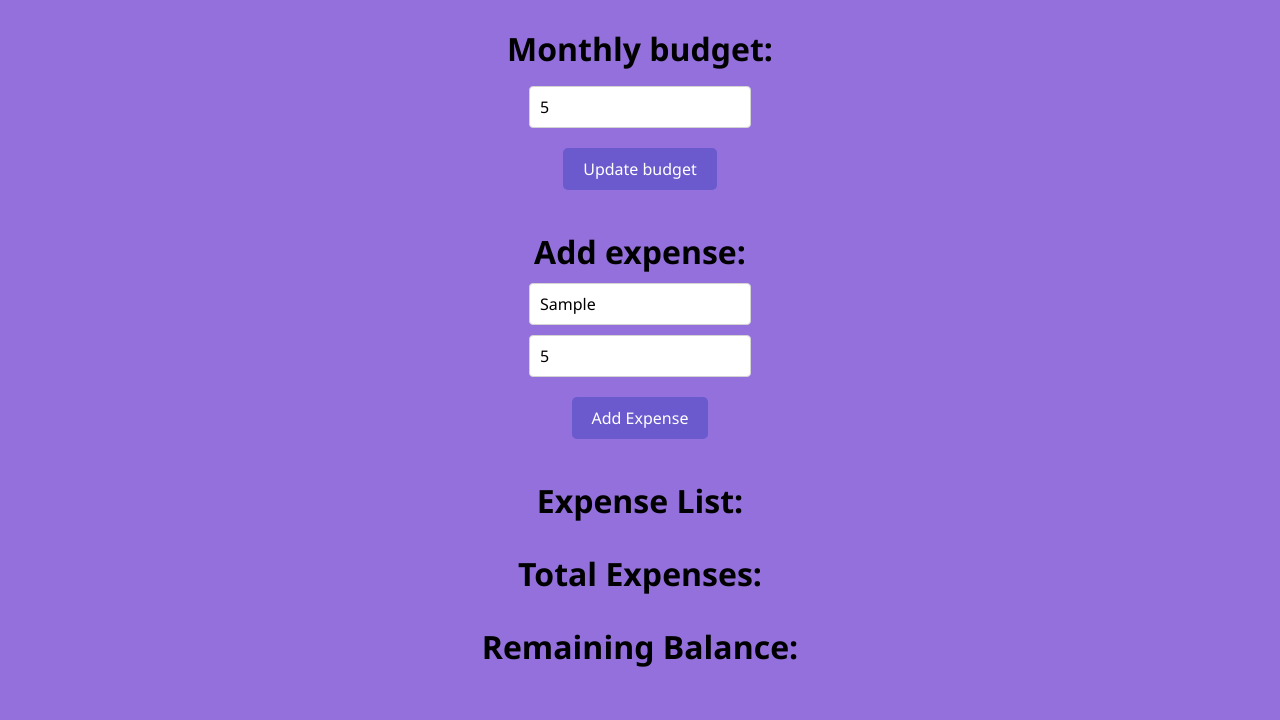
Repository: chelsswylie/BudgetProject222
Page: index.html
The author's editor kept a copy of each file at every save. The page is drawn from the files as they stood at one save, then again after the next save.
The browser window is 1280 px wide. The pictures show the whole page.
Empty fields were first filled with sample values (such as "Sample", 5 or name@example.com).
After loading, the first visible `#update_budget_button` was clicked once.

Above is the page before, as saved 2022-02-24 19:20:44.
Console error: ReferenceError: addExpense is not defined

### index.html
<!DOCTYPE html>
<html lang="en">
  <head>
    <meta charset="UTF-8" />
    <meta name="viewport" content="width=device-width, initial-scale=1.0" />
    <title>My Budget App</title>
    <link rel="stylesheet" href="styles.css" />
  </head>

  <body>
    <main>
      <!-- <div id="flexbox">
        <span>123</span>
        <span>234</span>
        <span>345</span>
        <span>456</span>
      </div> -->
      <section>
        <h1>Monthly budget:</h1>
        <p id="monthly_budget"></p>
        <form>
          <input type="number" id="income_input" placeholder="Monthly Income" />
          <button id="update_budget_button">Update budget</button>
        </form>
      </section>

      <section>
        <h1>Add expense:</h1>
        <form>
          <input type="text" id="name_input" placeholder="Expense Name" />
          <input type="number" id="amount_input" placeholder="Expense amount" />
          <button id="add_expense_button">Add Expense</button>
        </form>
      </section>

      <section>
        <h1>Expense List:</h1>
        <div id="expense_list"></div>
      </section>

      <section>
        <h1>Total Expenses:</h1>
        <p id="total_expenses"></p>
      </section>

      <section>
        <h1>Remaining Balance:</h1>
        <p id="remaining_balance"></p>
      </section>
    </main>
    <script src="script.js"></script>
  </body>
</html>

### styles.css
/* #flexbox {
  display: flex;
  flex-direction: column;
  height: 200px;
  width: 200px;
  background-color: aquamarine;
  justify-content: center;
  align-items: center;
} */

body {
  font-family: "Segoe UI", Tahoma, sans-serif;
  background-color: mediumpurple;
}

main {
  margin: auto;
  width: 60%;
  text-align: center;
}

section {
  margin-bottom: 30px;
}

h1 {
  font-size: 2em;
  margin-bottom: 0px;
}

input {
  display: block;
  margin: 10px auto;
  width: 200px;
  height: 20px;
  border-radius: 4px;
  border: 1px solid lightgrey;
  font-family: inherit;
  font-size: 1em;
  padding: 10px;
}

button {
  padding: 10px 20px;
  border-radius: 5px;
  border: none;
  background-color: slateblue;
  color: white;
  font-family: inherit;
  font-size: 1em;
  margin: 10px;
}

button:hover {
  color: slateblue;
  background-color: white;
}

.red {
  color: orangered;
}

.green {
  color: greenyellow;
}

### script.js
// Selectors

let updateBudgetButton = document.querySelector("#update_budget_button");

let addExpenseButton = document.querySelector("#add_expense_button");

let monthlyBudget = document.querySelector("#monthly_budget");

let incomeInput = document.querySelector("#income_input");

let remainingBalance = document.querySelector("#remaining_balance");

let amountInput = document.querySelector("#amount_input");

let nameInput = document.querySelector("#name_input");

let expenseList = document.querySelector("#expense_list");

let totalExpenses = document.querySelector("#total_expenses");

// events
updateBudgetButton.onclick = updateBudget;
addExpenseButton.onclick = addExpense;

// variables
let monthlyIncome = 0;
let expenses = [];
let expenseTotal = 0;
let balance = 0;

// functions

function updateBudget(event) {
  event.preventDefault();
  monthlyIncome = incomeInput.value;
  monthlyBudget.innerText = "$" + monthlyIncome;
  updateBalance();
}

function updateBalance() {
  balance = monthlyIncome - expenseTotal;
  remainingBalance.innerText = "$" + balance;

  if (balance < 0) {
    remainingBalance.classList.remove("green");
    remainingBalance.classList.add("red");
  } else {
    remainingBalance.classList.remove("red");
    remainingBalance.classList.add("green");
  }
}

After the next save:
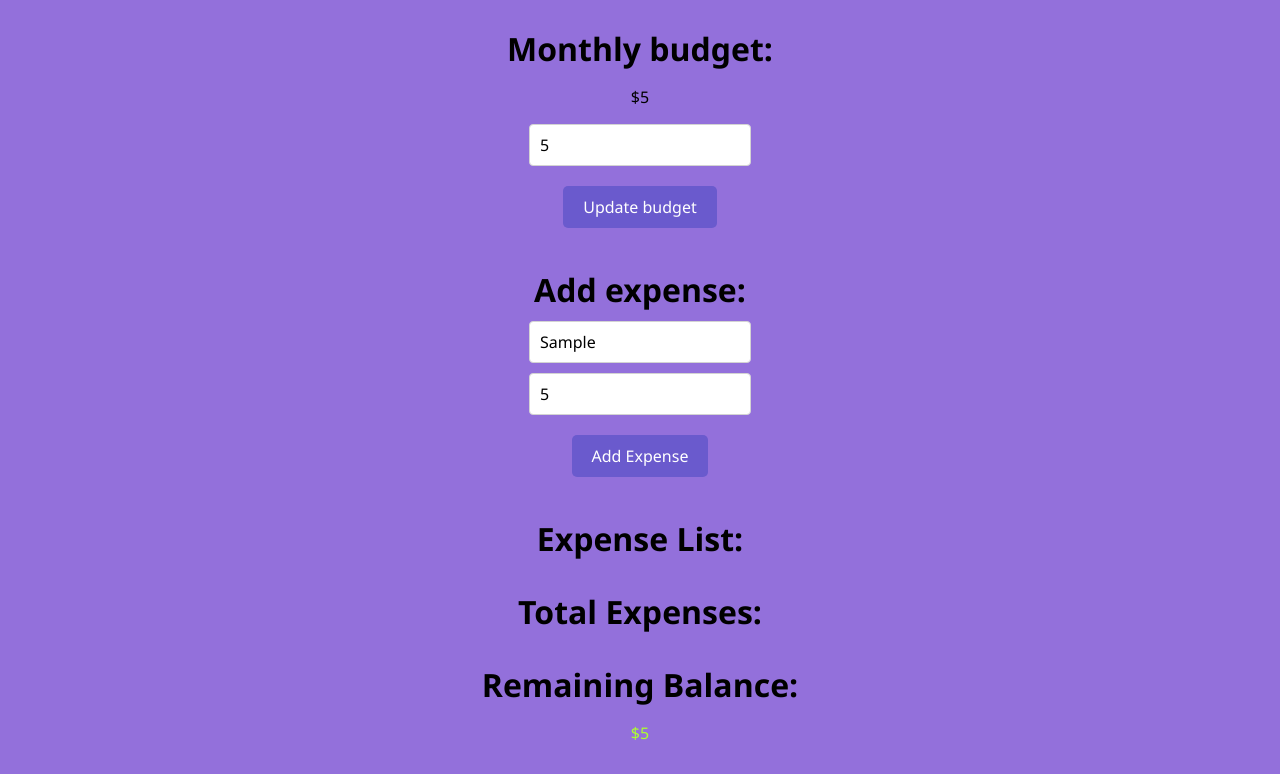
The error is gone.
Saved 3 min 30 s later.
--- a/script.js
+++ b/script.js
@@ -49,3 +49,12 @@ function updateBalance() {
     remainingBalance.classList.add("green");
   }
 }
+
+function addExpense(event) {
+  event.preventDefault();
+  let expense = {
+    name: nameInput.value,
+    amount: amountInput.value,
+  };
+  let newExpense = document.createElement("p");
+}
